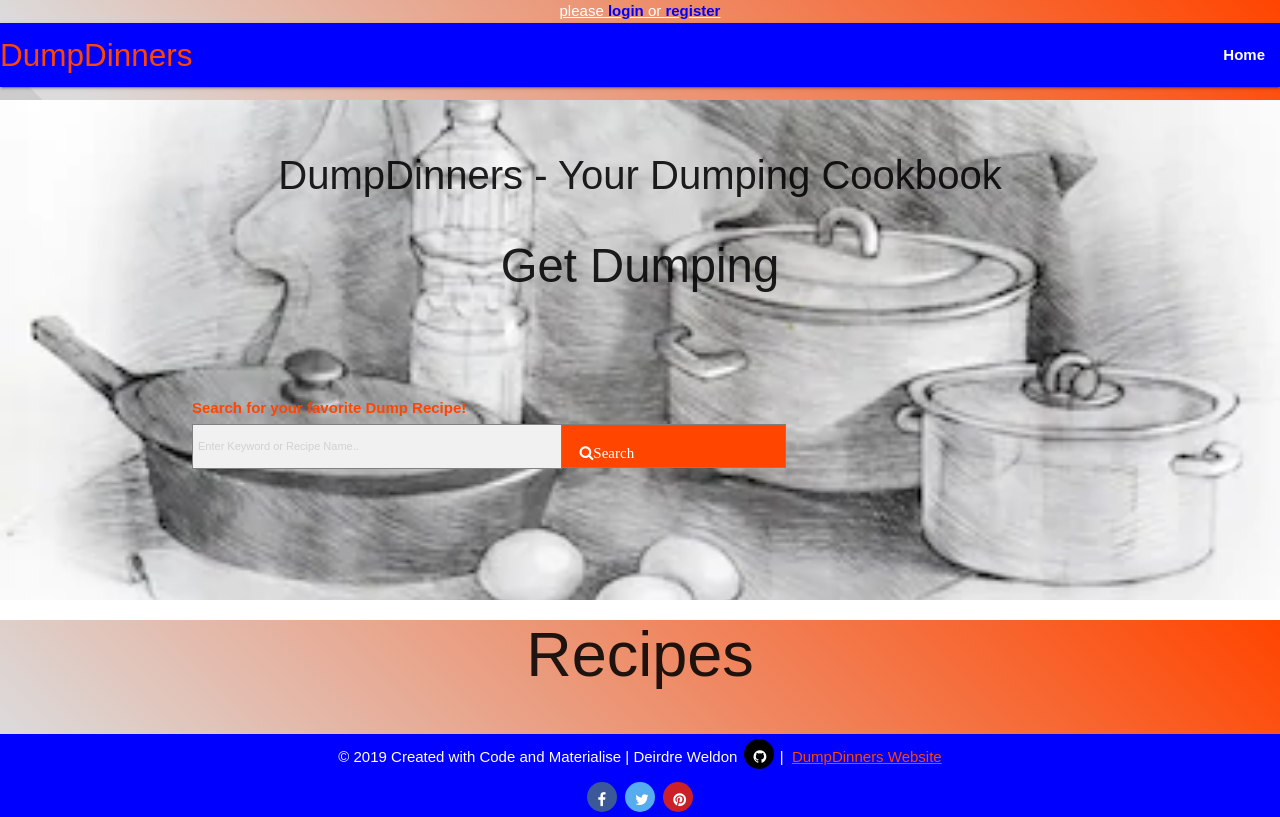
Repository: Deirdre18/dumpdinners-recipe-app
Page: http://localhost/
The author's editor kept a record of every edit. The page is drawn from the files as they stood at one moment, then again after the next edit.
The browser window is 1280 px wide. The pictures show the whole page.
Some web libraries are served in a nearby version. The page is served by the project's application, run on Flask 3 (app.py). Queries for data that is not in the repository find no rows.

Above is the page before.

After the next edit:
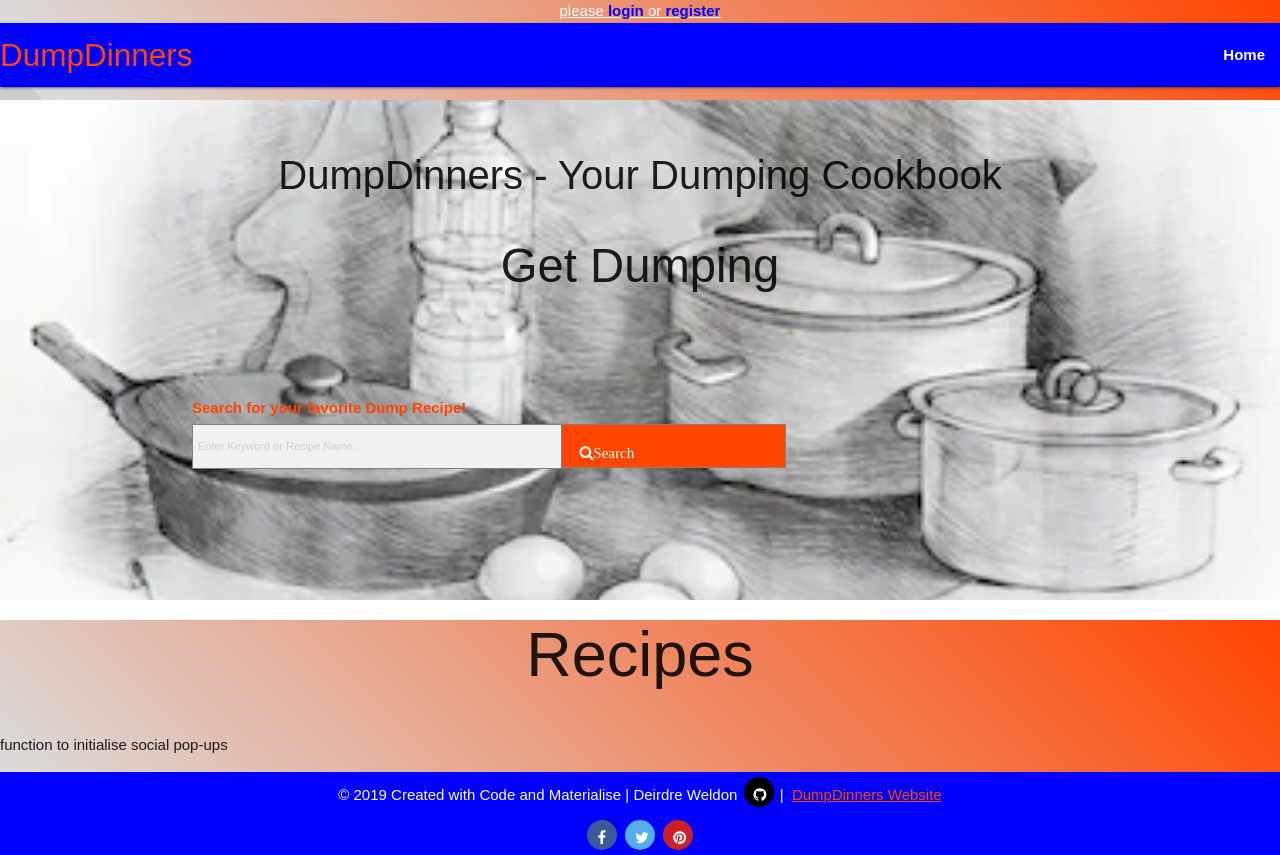
Console error: ReferenceError: SocialShareKit is not defined
The edit:
--- a/templates/base.html
+++ b/templates/base.html
@@ -259,6 +259,12 @@
             }
         </script>
 
+        function to initialise social pop-ups
+
+        <script type="text/javascript">
+SocialShareKit.init({ forceInit: true });
+</script>
+
         <!--to create footer referred to https://www.w3schools.com/howto/tryit.asp?filename=tryhow_css_fixed_footer. For flexible footer referred to https://materializecss.com/footer.html-->
         <!--decided to make footer fixed rather than flexible-->
 

After the edit that followed:
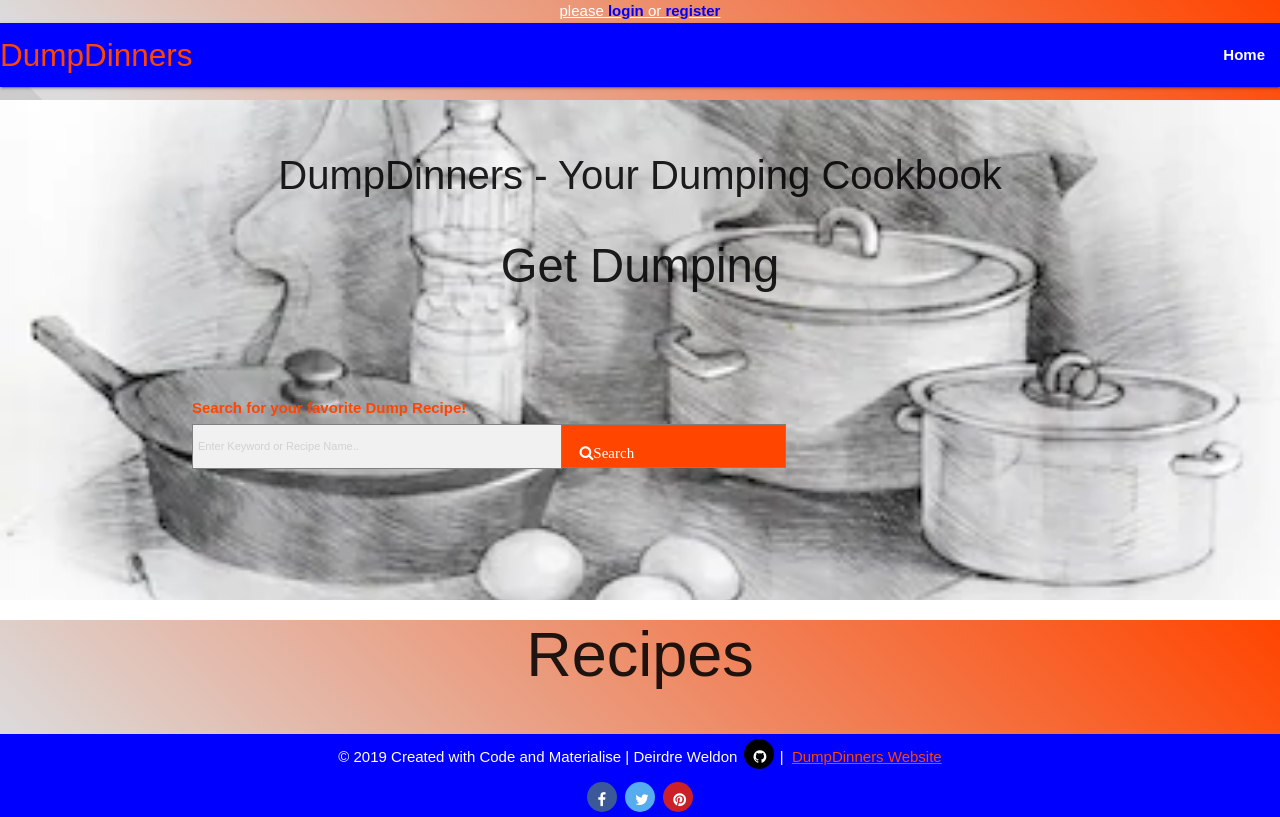
The edit:
--- a/templates/base.html
+++ b/templates/base.html
@@ -259,11 +259,11 @@
             }
         </script>
 
-        function to initialise social pop-ups
+        <!--function to initialise social pop-ups - referred to https://socialsharekit.com/-->
 
         <script type="text/javascript">
-SocialShareKit.init({ forceInit: true });
-</script>
+            SocialShareKit.init({ forceInit: true });
+        </script>
 
         <!--to create footer referred to https://www.w3schools.com/howto/tryit.asp?filename=tryhow_css_fixed_footer. For flexible footer referred to https://materializecss.com/footer.html-->
         <!--decided to make footer fixed rather than flexible-->
@@ -370,7 +370,7 @@
                 <a href="https://www.pinterest.com/" class="fa fa-pinterest"></a>
 
 
-                </div>
+            </div>
 </body>
 
 </html>
